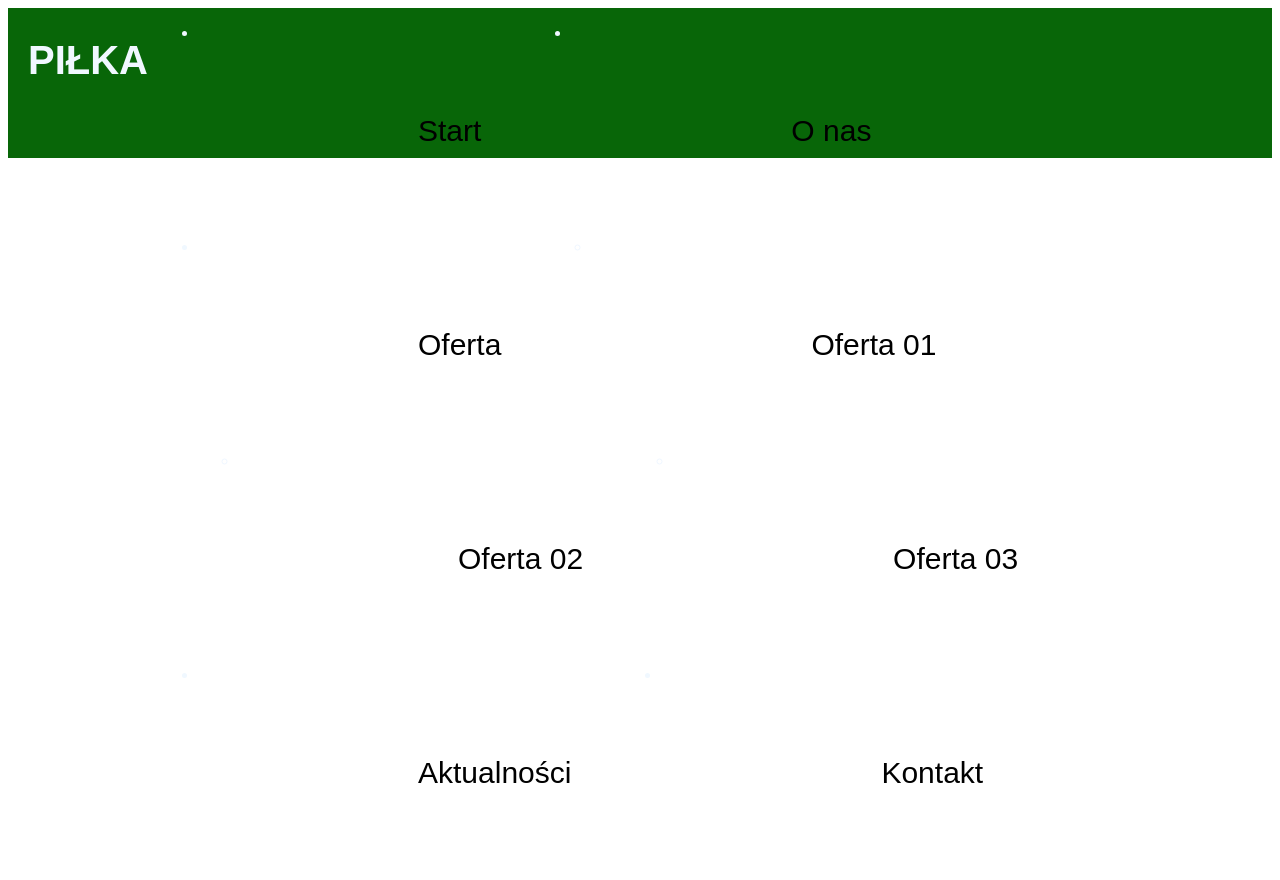
Repository: ZABA78/PAZW
Page: index.html
An editor plug-in stored every save of this project. The page is shown before and after the next save, followed by the edit.
The browser window is 1280 px wide. The pictures show the whole page.
Some web fonts or font styles are not loaded; a fallback is used.

Above is the page before, as saved 2023-10-17 14:26:12.

After the next save:
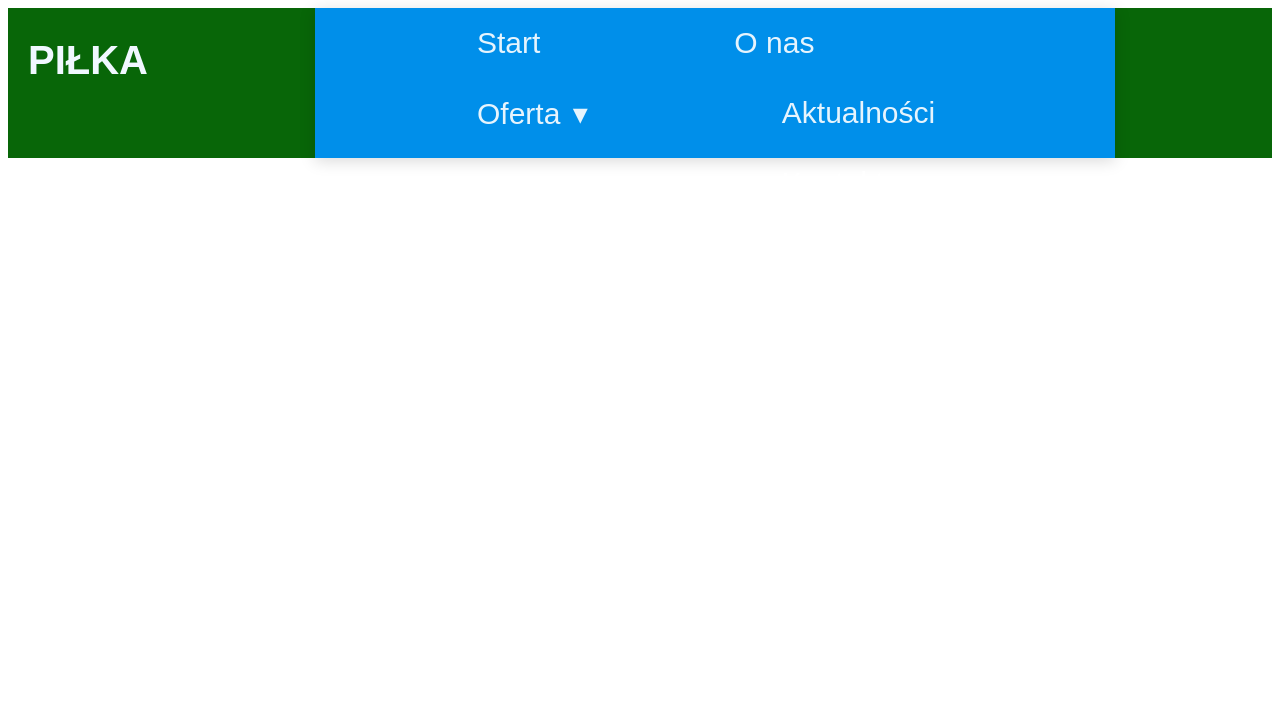
Saved 27 s later.
--- a/style.css
+++ b/style.css
@@ -32,7 +32,73 @@ text-decoration: none;
 color: black;
 font-size: 30px;
 }
+nav {
+	margin: 0 auto;
+	max-width: 800px;
+	background: #008FEA;
+	box-shadow:0 3px 15px rgba(0,0,0,.15);
+}
+
+nav::after {
+	display: block;
+	content: '';
+	clear: both;
+}
+
+nav ul {
+	padding: 0;
+	margin: 0;
+	list-style: none;
+}
+
 nav ul li {
 	float: left;
 	position: relative;
 }
+
+nav ul li a {
+	display: block;
+	color: rgba(255, 255, 255, .9);
+	text-decoration: none;
+	padding: 1rem 2rem;
+	border-top: 2px solid transparent;
+	border-bottom: 2px solid transparent;
+	transition: all .3s ease-in-out;
+}
+
+nav ul li a:hover,
+nav ul li a:focus {
+	background: rgba(0, 0, 0, .15);
+}
+
+nav ul li a:focus {
+	color: white;
+}
+
+nav ul li a:not(:only-child)::after {
+	padding-left: 4px;
+	content: ' ▾';
+}
+
+nav ul li ul li {
+	min-width: 190px;
+}
+
+nav ul li ul li a {
+	background: transparent;
+	color: #555;
+	border-bottom: 1px solid #DDE0E7;
+}
+
+nav ul li ul li a:hover,
+nav ul li ul li a:focus {
+	background: #eee;
+	color: #111;
+}
+
+.dropdown {
+	display: none;
+	position: absolute;
+	background: #fff;
+	box-shadow: 0 4px 10px rgba(10, 20, 30, .4);
+}
